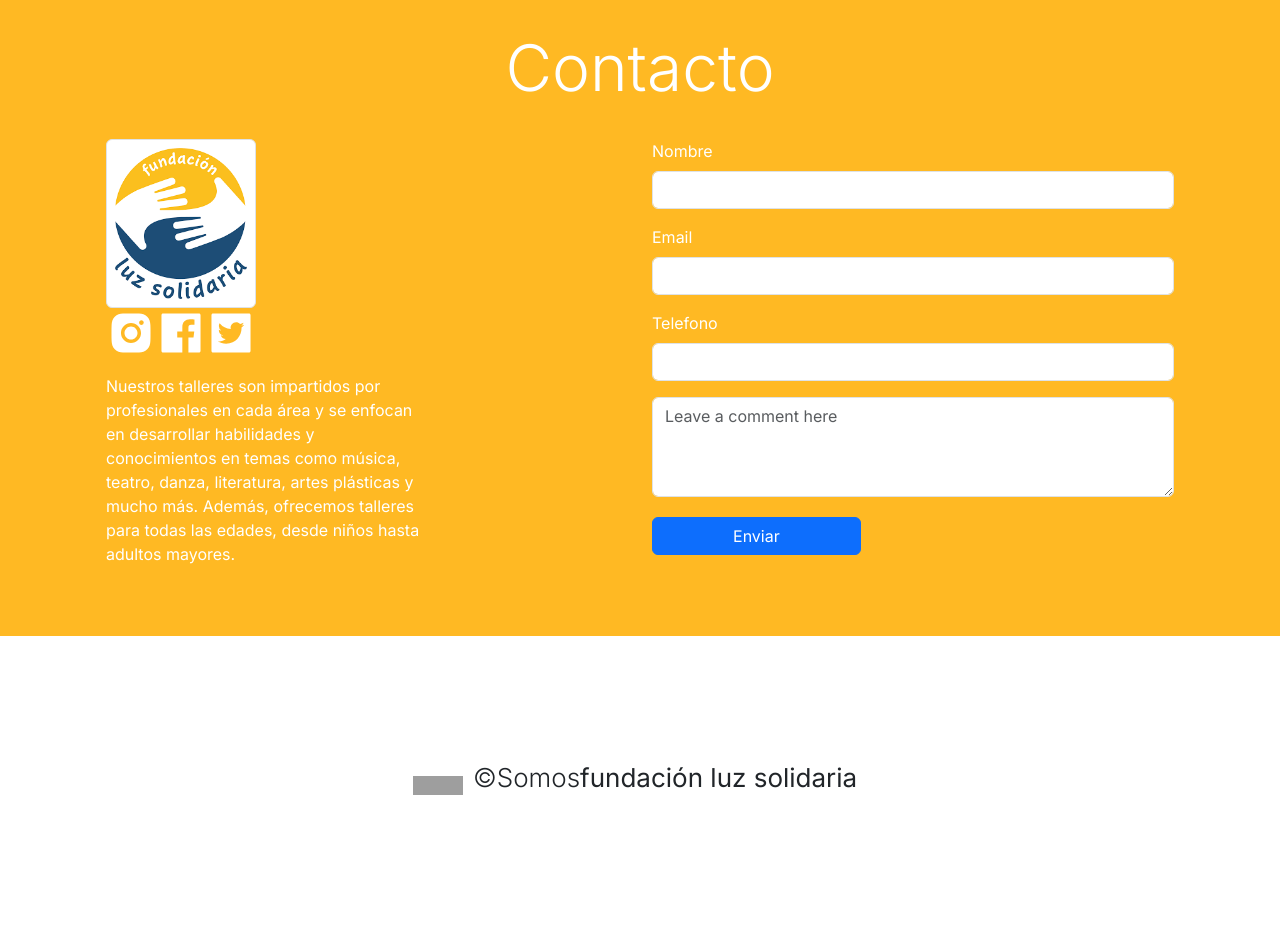
Repository: JtoralesK/dwf11
Page: /
These files come from the project's save history. The page is drawn as it stood at one moment and after the next save; the edit follows.
The browser window is 1280 px wide. The pictures show the whole page.
Pictures or frames that could not be fetched are drawn as grey boxes. The project was rebuilt for these pictures with package versions that can differ from the ones it lists, and the page was loaded fresh each time. The framework's server and built-in components were replaced by stand-ins that run in the browser. Also part of the build but not shown: next.config.js.

Above is the page before, as saved 2023-05-31 19:01:24.

### src/app/layout.tsx
import './globals.css'
import { Inter } from 'next/font/google'

const inter = Inter({ subsets: ['latin'] })

export const metadata = {
  title: 'Create Next App',
  description: 'Generated by create next app',
}

export default function RootLayout({
  children,
}: {
  children: React.ReactNode
}) {
  return (
    <html lang="en">

      <body className={inter.className}>{children}</body>
    </html>
  )
}

### src/app/page.tsx
import Image from "next/image";
import styles from "./page.module.css";
import { Contacto } from "./components/contacto";
import { Footer } from "./components/footer";
export default function Home() {
  return (
    <>
      <Contacto />
      <Footer/>
    </>
  );
}

### src/app/components/contacto/index.tsx
import "bootstrap/dist/css/bootstrap.min.css";
import { SectionInputs } from "./sectionInput";
import { FaBeer } from "react-icons/fa";
import {
  AiFillInstagram,
  AiFillFacebook,
  AiFillTwitterSquare,
} from "react-icons/ai";

export function Contacto() {
  return (
    <>
      <div
        style={{
          backgroundColor: "#ffb923",
          color: "white",
          padding: "30px",
        }}
      >
        <div className="container-sm text-center ">
          <h1 className="font-weight-bold display-3">Contacto</h1>
          <div className="row p-lg-4">
            <div className="col-sm-16 col-md-6 text-center ">
              <div className=" d-md-flex flex-column d-none">
                <img
                  src="data:[embedded picture, 9291 characters]
            BU5I/166HRl7DM0JHd93otkupwE9wh+8Q4HuTkd/vz/99LosEf7UOF1LGvesnj8LX1fZVn3s7jZfh5drVp8XZWG/h8zs0VCdp8KmQAAAABJRU5ErkJggg=="
                  className="img-thumbnail rounded float-start p-2"
                  style={{ width: "150px" }}
                  alt="..."
                ></img>
                <div
                  className="d-flex flex-row mb-3 justify-content-around "
                  style={{ width: "150px" }}
                >
                  <AiFillInstagram size={"50px"} />
                  <AiFillFacebook size={"50px"} />
                  <AiFillTwitterSquare size={"50px"} />
                </div>
                <div style={{ width: "60%" }}>
                  <p className="text-start">
                    Nuestros talleres son impartidos por profesionales en cada
                    área y se enfocan en desarrollar habilidades y conocimientos
                    en temas como música, teatro, danza, literatura, artes
                    plásticas y mucho más. Además, ofrecemos talleres para todas
                    las edades, desde niños hasta adultos mayores.
                  </p>
                </div>
              </div>
            </div>
            <div className="col-sm-16 col-md-6 text-center ">
              <SectionInputs />
            </div>
          </div>
        </div>
      </div>
    </>
  );
}

### src/app/components/footer/index.tsx
import React from 'react'
import "./style.css";

export const Footer = () => {
  return (
    <footer className="footer">
    <div className="contenedor-footer">
        <div className="redes-sociales">
            <img src={"/image/facebook.png"} className="link-redes_sociales" ></img>
            <img src={"/image/instagram.png"} className="link-redes_sociales" ></img>

        </div>
        <div className="footer-text">
            <p className="title-copy">  &copy;Somos<strong>fundación luz solidaria</strong></p>
        </div>
    </div>
  </footer>
  )
}

### src/app/components/contacto/sectionInput.tsx
import "bootstrap/dist/css/bootstrap.min.css";

export function SectionInputs() {
  const style = {
    margin: "20px 0",
    width: "40%",
    "@media (min-width: 768px)": {
      width: "40%",
    },
  } as React.CSSProperties;
  return (
    <>
      <form className="d-flex flex-column text-start" style={{ width: "100%" }}>
        <div className="mb-3">
          <label className="form-label">
            <p style={{ margin: "0" }}>Nombre</p>
          </label>
          <input
            type="text"
            className="form-control"
            id="exampleInputEmail1"
            aria-describedby="emailHelp"
          />
        </div>
        <div className="mb-3">
          <label className="form-label">
            <p style={{ margin: "0" }}>Email</p>
          </label>
          <input
            type="email"
            className="form-control"
            id="exampleInputPassword1"
          />
        </div>
        <div className="mb-3">
          <label className="form-label">
            <p style={{ margin: "0" }}>Telefono</p>
          </label>
          <input
            type="email"
            className="form-control"
            id="exampleInputPassword1"
          />
        </div>
        <textarea
          className="form-control"
          style={{ height: "100px" }}
          placeholder="Leave a comment here"
          id="floatingTextarea"
        ></textarea>
        <button
          style={style}
          type="submit"
          className="btn btn-primary w-md-auto"
        >
          Enviar
        </button>
      </form>
    </>
  );
}

### src/app/components/footer/style.css
.footer{
    height: 300px;
    display: flex;
    line-height: 7px;
    text-align: center;
    font-size: 22px;
    background-color: #fff;
}

.contenedor-footer {
    display: flex;
    justify-content:center;
    align-items: center;
    margin: 0 auto;

}
.footer-text{
    display: flex;
    justify-content: center;
    align-items: center;
    padding: 10px;
}
.title-copy {
    text-align: center;
    font-size: 26px;
    font-weight: 300;
}
.link-redes_sociales{
    width: 25px;
}

Loaded but not shown: src/app/globals.css (common file)

After the next save:
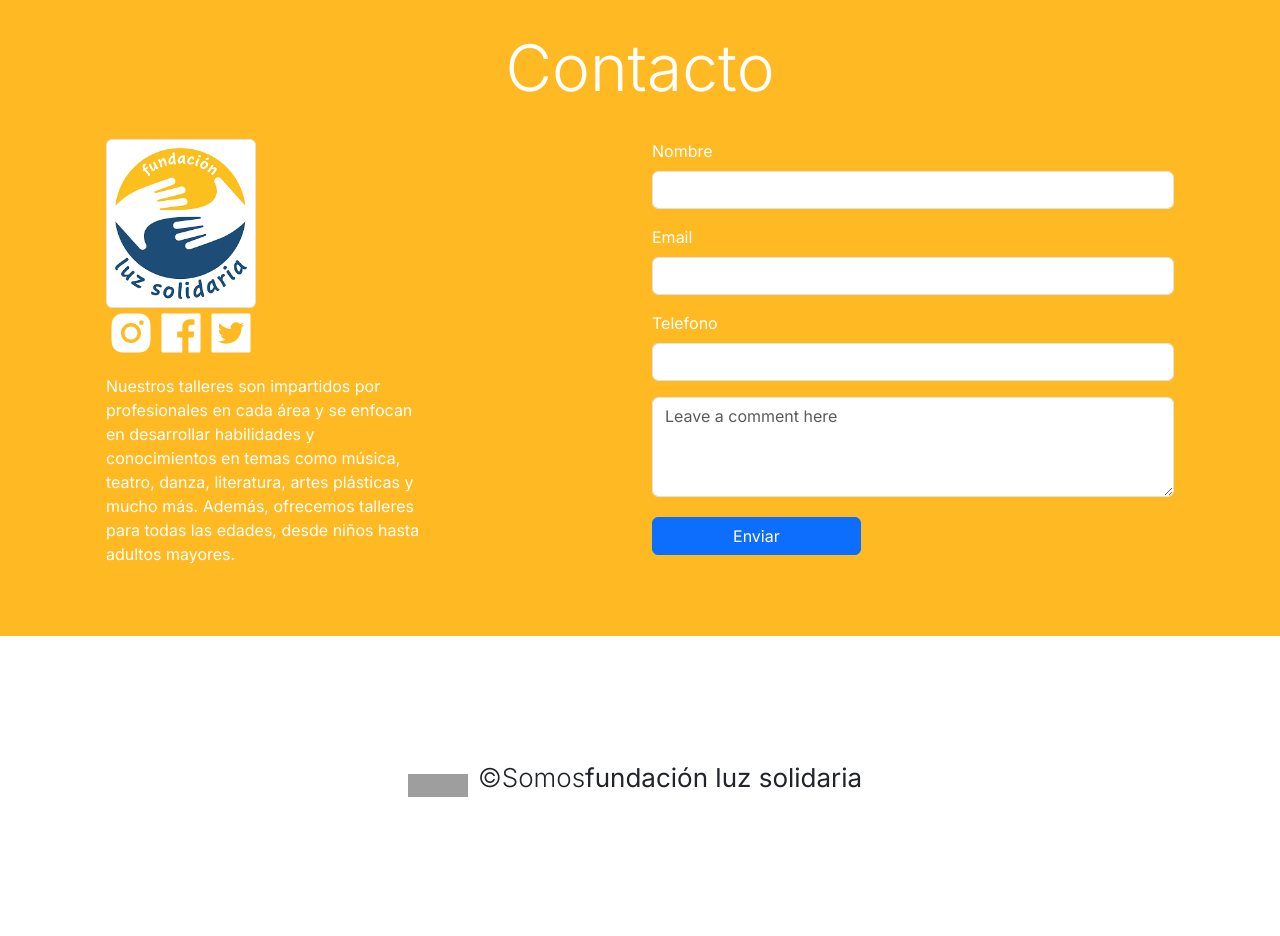
Saved 5 s later.
--- a/src/app/components/footer/style.css
+++ b/src/app/components/footer/style.css
@@ -26,5 +26,5 @@
     font-weight: 300;
 }
 .link-redes_sociales{
-    width: 25px;
+    width: 30px;
 }
